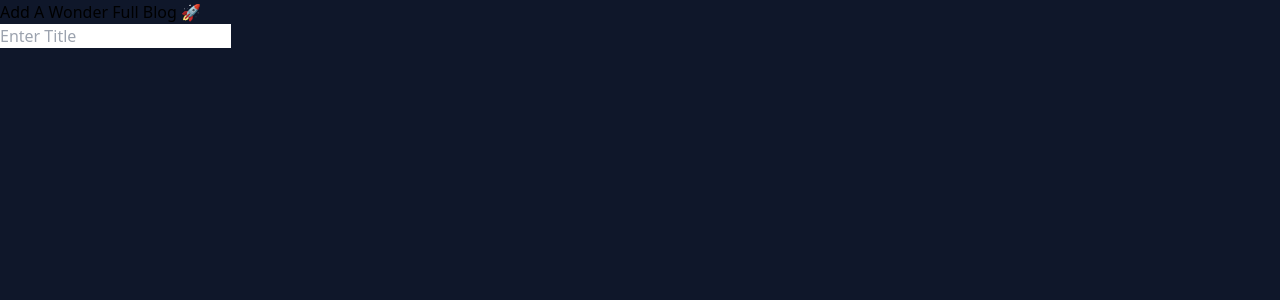
Repository: bittu-Patel/c-r-u-d.nextjs
Page: /blog/add
These files come from the project's save history. The page is drawn as it stood at one moment and after a run of saves; the edit follows.
The browser window is 1280 px wide. The pictures show the whole page.
The project was rebuilt for these pictures with package versions that can differ from the ones it lists, and the page was loaded fresh each time. The framework's server and built-in components were replaced by stand-ins that run in the browser. Also part of the build but not shown: next.config.js.

Above is the page before, as saved 2023-09-18 15:00:59.

### app/blog/add/page.tsx
"use client";

import { Fragment } from "react";
import { Toaster } from "react-hot-toast";

const AddBlog = () => {
    return (
        <Fragment>
        <Toaster />
           <div className="w-full m-auto flex my-4">
            <div className="flex flex-col justify-center items-center m-auto">
                <p className="text-2xl text-slate-200 font-bold p-3">Add A Wonder Full Blog 🚀</p>
                <form>
                    <input placeholder="Enter Title" type="text" className="rounded-md px-4 py-2 my-2" />

                </form>
            </div>
           </div>
        </Fragment>
    );
};

export default AddBlog;

### app/globals.css
@tailwind base;
@tailwind components;
@tailwind utilities;

@layer base {
  body {
    @apply bg-slate-900;
  }
}

Loaded but not shown: app/layout.tsx (common file)

After the next 4 saves:
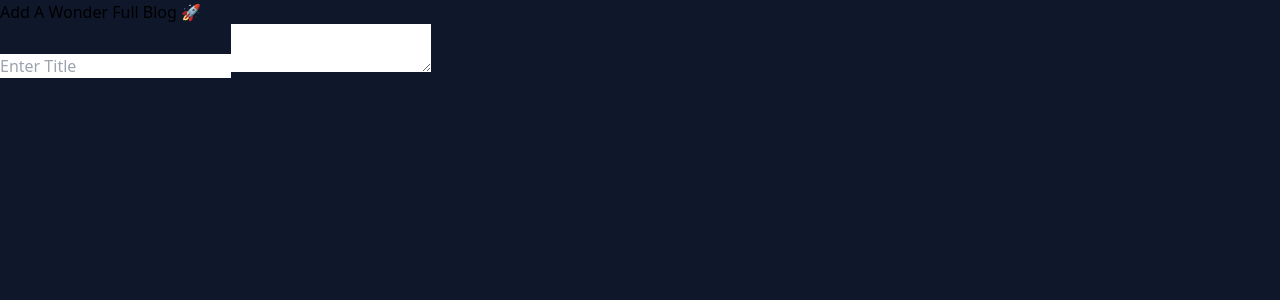
The 4 saves are shown as one change because they came seconds apart.
The last was saved 11 s later.
--- a/app/blog/add/page.tsx
+++ b/app/blog/add/page.tsx
@@ -12,7 +12,7 @@
                 <p className="text-2xl text-slate-200 font-bold p-3">Add A Wonder Full Blog 🚀</p>
                 <form>
                     <input placeholder="Enter Title" type="text" className="rounded-md px-4 py-2 my-2" />
-
+                    <textarea></textarea>
                 </form>
             </div>
            </div>

After the save that followed:
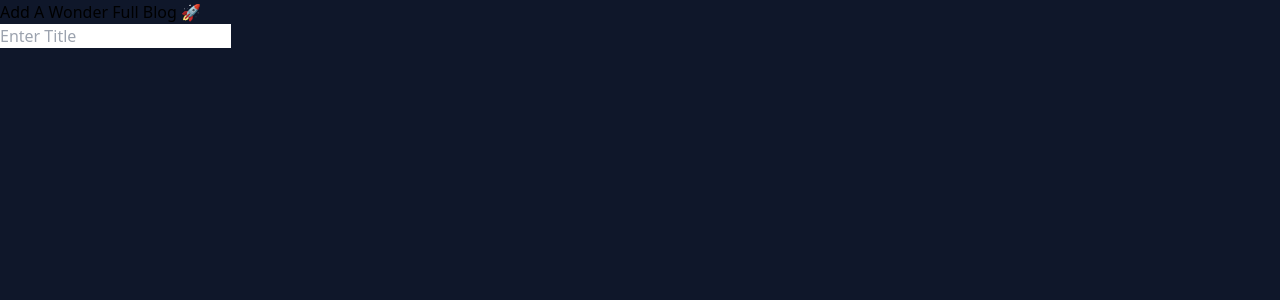
Saved 20 s later.
--- a/app/blog/add/page.tsx
+++ b/app/blog/add/page.tsx
@@ -12,7 +12,6 @@
                 <p className="text-2xl text-slate-200 font-bold p-3">Add A Wonder Full Blog 🚀</p>
                 <form>
                     <input placeholder="Enter Title" type="text" className="rounded-md px-4 py-2 my-2" />
-                    <textarea></textarea>
                 </form>
             </div>
            </div>
